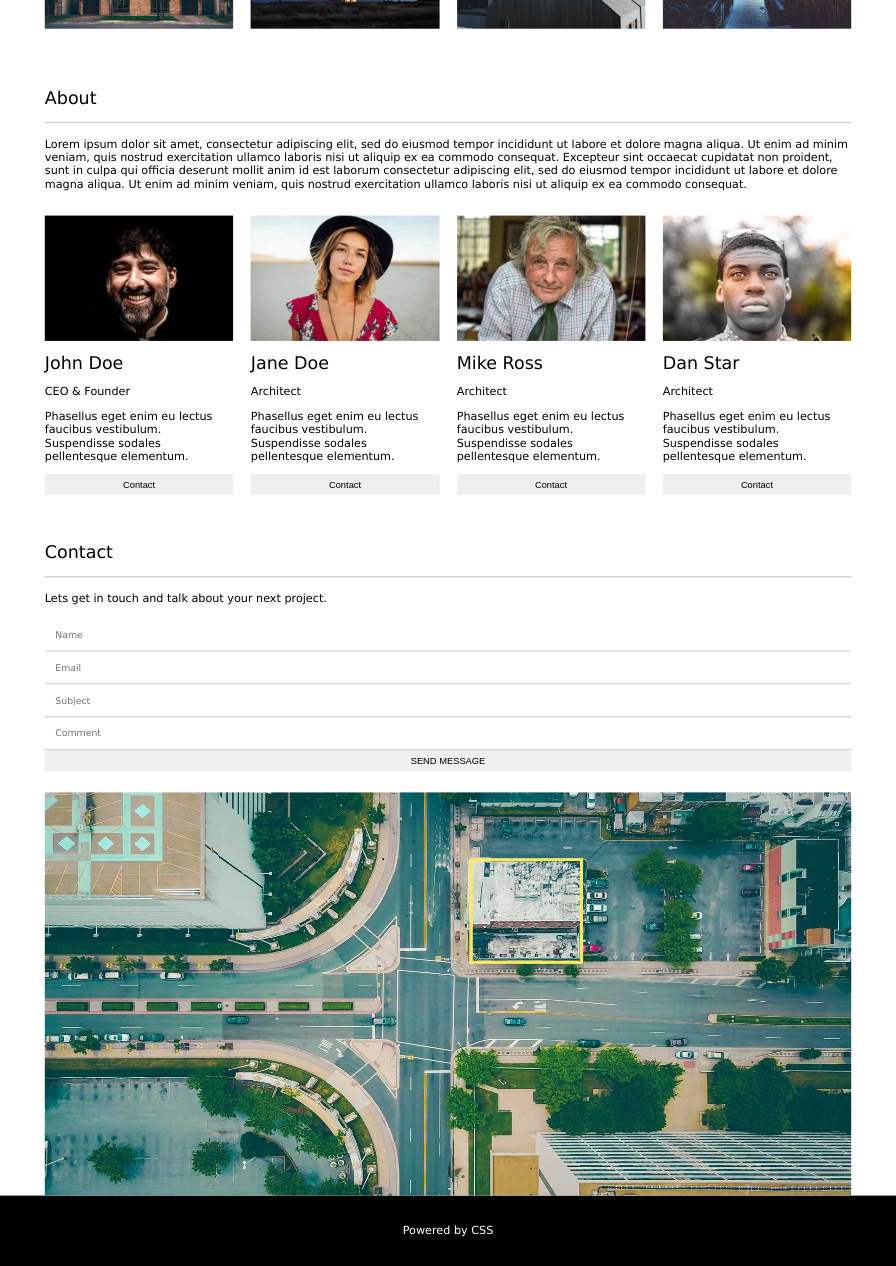
Repository: hesshess/clonecoding-assignment
Page: 2-ba-architects/template2.html
An editor plug-in stored every save of this project. The page is shown before and after the next save, followed by the edit.
The browser window is 1280 px wide. The pictures show the part of the page from y = 1130 to 3050 px (the page is 2938 px tall before and 3050 px after), at 70% of full size.

Above is the page before, as saved 2022-03-15 20:48:44.

### 2-ba-architects/template2.html
<!DOCTYPE html>
<html>
  <head>
    <title>이젠-풀스택-클론코딩2</title>
    <meta charset="UTF-8" />
    <meta name="viewport" content="width=device-width, initial-scale=1" />
    <link rel="stylesheet" href="template2.css" />
  </head>
  <body>
    <!-- Navbar (sit on top) -->
    <nav id="navbar">
      <div class="navbar__logo">
        <a href="#home" class="bar-item"><b>BR</b> Architects</a>
      </div>
      <!-- Right-sided navbar links. Hide them on small screens -->
      <div class="navbar__menu">
        <a href="#projects" class="bar-item">Projects</a>
        <a href="#about" class="bar-item">About</a>
        <a href="#contact" class="bar-item">Contact</a>
      </div>
    </nav>

    <header id="home">
      <img src="./img/architect.jpg" alt="Architect" style=/>
      <h1><span class="br">BR</span><span class="arc">Architects</span></h1>
    </header>

    <content>
      <!-- About Section -->
      <section id="projects">
        <div class="title-box">
          <h3>Projects</h3>
        </div>
        <div class="list-box">
          <div class="houses">
            <img src="./img/house2.jpg" alt="house" />
            <div class="house__name">Spring</div>
          </div>
          <div class="houses">
            <img src="./img/house3.jpg" alt="house" />
            <div class="house__name">Summer</div>
          </div>
          <div class="houses">
            <img src="./img/house4.jpg" alt="house" />
            <div class="house__name">Autumn</div>
          </div>
          <div class="houses">
            <img src="./img/house5.jpg" alt="house" />
            <div class="house__name">Winter</div>
          </div>
          <div class="houses">
            <img src="./img/house2.jpg" alt="house" />
            <div class="house__name">Spring</div>
          </div>
          <div class="houses">
            <img src="./img/house3.jpg" alt="house" />
            <div class="house__name">Summer</div>
          </div>
          <div class="houses">
            <img src="./img/house4.jpg" alt="house" />
            <div class="house__name">Autumn</div>
          </div>
          <div class="houses">
            <img src="./img/house5.jpg" alt="house" />
            <div class="house__name">Winter</div>
          </div>
        </div>
      </section>

      <!-- Menu Section -->
      <section id="about">
        <div class="title-box">
          <h3>About</h3>

          <p>
            Lorem ipsum dolor sit amet, consectetur adipiscing elit, sed do
            eiusmod tempor incididunt ut labore et dolore magna aliqua. Ut enim
            ad minim veniam, quis nostrud exercitation ullamco laboris nisi ut
            aliquip ex ea commodo consequat. Excepteur sint occaecat cupidatat
            non proident, sunt in culpa qui officia deserunt mollit anim id est
            laborum consectetur adipiscing elit, sed do eiusmod tempor
            incididunt ut labore et dolore magna aliqua. Ut enim ad minim
            veniam, quis nostrud exercitation ullamco laboris nisi ut aliquip ex
            ea commodo consequat.
          </p>
        </div>
        <div class="team-box">
          <div class="team-mem">
            <img src="./img/team2.jpg" alt="John" />
            <h3>John Doe</h3>
            <p>CEO & Founder</p>
            <p>
              Phasellus eget enim eu lectus faucibus vestibulum. Suspendisse
              sodales pellentesque elementum.
            </p>
            <p><button>Contact</button></p>
          </div>
          <div class="team-mem">
            <img src="./img/team1.jpg" alt="Jane" />
            <h3>Jane Doe</h3>
            <p>Architect</p>
            <p>
              Phasellus eget enim eu lectus faucibus vestibulum. Suspendisse
              sodales pellentesque elementum.
            </p>
            <p><button>Contact</button></p>
          </div>
          <div class="team-mem">
            <img src="./img/team3.jpg" alt="Mike" />
            <h3>Mike Ross</h3>
            <p>Architect</p>
            <p>
              Phasellus eget enim eu lectus faucibus vestibulum. Suspendisse
              sodales pellentesque elementum.
            </p>
            <p><button>Contact</button></p>
          </div>
          <div class="team-mem">
            <img src="./img/team4.jpg" alt="Dan" />
            <h3>Dan Star</h3>
            <p>Architect</p>
            <p>
              Phasellus eget enim eu lectus faucibus vestibulum. Suspendisse
              sodales pellentesque elementum.
            </p>
            <p><button>Contact</button></p>
          </div>
        </div>
      </section>

      <!-- Contact Section -->
      <section id="contact">
        <div class="title-box">
          <h3>Contact</h3>
          <p>Lets get in touch and talk about your next project.</p>
        </div>
        <form>
          <input type="text" placeholder="Name" required name="Name" />
          <input type="text" placeholder="Email" required name="Email" />
          <input type="text" placeholder="Subject" required name="Subject" />
          <input type="text" placeholder="Comment" required name="Comment" />
          <button type="submit"><i></i> SEND MESSAGE</button>
        </form>
      </section>
      <section id="map">
        <img src="./img/map.jpg" />
      </section>

      <!-- End page content -->
    </content>
    <!-- Footer -->
    <footer>
      <p>Powered by CSS</p>
    </footer>
  </body>
</html>

### 2-ba-architects/template2.css
* {
  margin: 0;
  box-sizing: border-box;
}

body {
  width: 100%;
  height: 100%;
  font-family: Verdana, sans-serif;
}

h1 {
  font-size: 40px;
}
h2 {
  font-size: 30px;
}
h3 {
  font-size: 25px;
  font-weight: 100;
}
h4 {
  font-size: 20px;
}
h5 {
  font-size: 15px;
}
h6 {
  font-size: 10px;
}
img {
  max-width: 100%;
}

#navbar {
  width: 100%;
  height: 3%;
  background-color: white;
  display: flex;
  justify-content: space-between;
  align-items: center;
  position: fixed;
  letter-spacing: 5px;
  box-shadow: 0px 2px 6px grey;
  z-index: 3;
  padding: 30px;
}
.navbar__logo {
  padding: 0;
}
.navbar__menu {
  width: 26%;
  display: flex;
  justify-content: space-around;
  padding-right: 20px;
}
a {
  padding: 10px;
  text-decoration: none;
  color: black;
}
a:hover {
  background-color: lightgray;
  border-radius: 1px;
}

header {
  position: relative;
  display: block;
}
header > img {
  width: 100%;
  height: 90vh;
}
header span {
  padding: 10px 20px;
}
header span.br {
  padding: 10px 20px;
  background: black;
}

header h1 {
  position: absolute;
  top: 50%;
  left: 50%;
  transform: translate(-50%, -50%);
  color: white;
  opacity: 0.8;
}

input {
  border: none;
  width: 100%;
  padding: 15px;
  font-family: inherit;
  border-bottom: 2px solid lightgray;
}
button {
  border: none;
  width: 100%;
  height: 30px;
}
button:hover {
  background-color: gray;
}

footer {
  display: flex;
  width: 100%;
  height: 100px;
  justify-content: center;
  align-items: center;
  background: black;
  color: white;
}
section {
  height: fit-content;
  display: flex;
  flex-direction: column;
  justify-content: center;
  margin-top: 30px;
}
div.title-box {
  display: flex;
  align-items: center;
  width: 100vw;
  height: fit-content;
}
div.title-box h3 {
  margin: auto;
  width: 90%;
  padding: 20px 0;
  border-bottom: 2px solid lightgray;
}
div.list-box {
  margin: 30px auto;
  width: 90%;
  display: grid;
  gap: 25px;
  height: 50vh;
  grid-template:
    'box box box box' 1fr
    'box box box box' 1fr / 1fr 1fr 1fr 1fr;
  height: fit-content;
}

div.houses {
  position: relative;
}
div.house__name {
  position: absolute;
  top: 0;
  bottom: 0;
  padding: 15px;
  color: white;
  background-color: black;
  height: fit-content;
}

div.team-box {
  margin: auto;
  width: 90%;
  display: grid;
  gap: 25px;
  grid-template: 'box box box box' 1fr / 1fr 1fr 1fr 1fr;
}

.team-mem {
  display: flex;
  height: 60vh;
  flex-direction: column;
  justify-content: space-evenly;
}
#about > .title-box {
  display: block;
  margin: auto;
}
#about > .title-box > p {
  margin: auto;
  padding: 20px 0;
  width: 90%;
}

#contact > .title-box {
  display: block;
  margin: auto;
}
#contact > .title-box > p {
  margin: auto;
  padding: 20px 0;
  width: 90%;
}
form {
  margin: auto;
  width: 90%;
}
#map > img {
  margin: auto;
  width: 90%;
  height: 80vh;
}

After the next save:
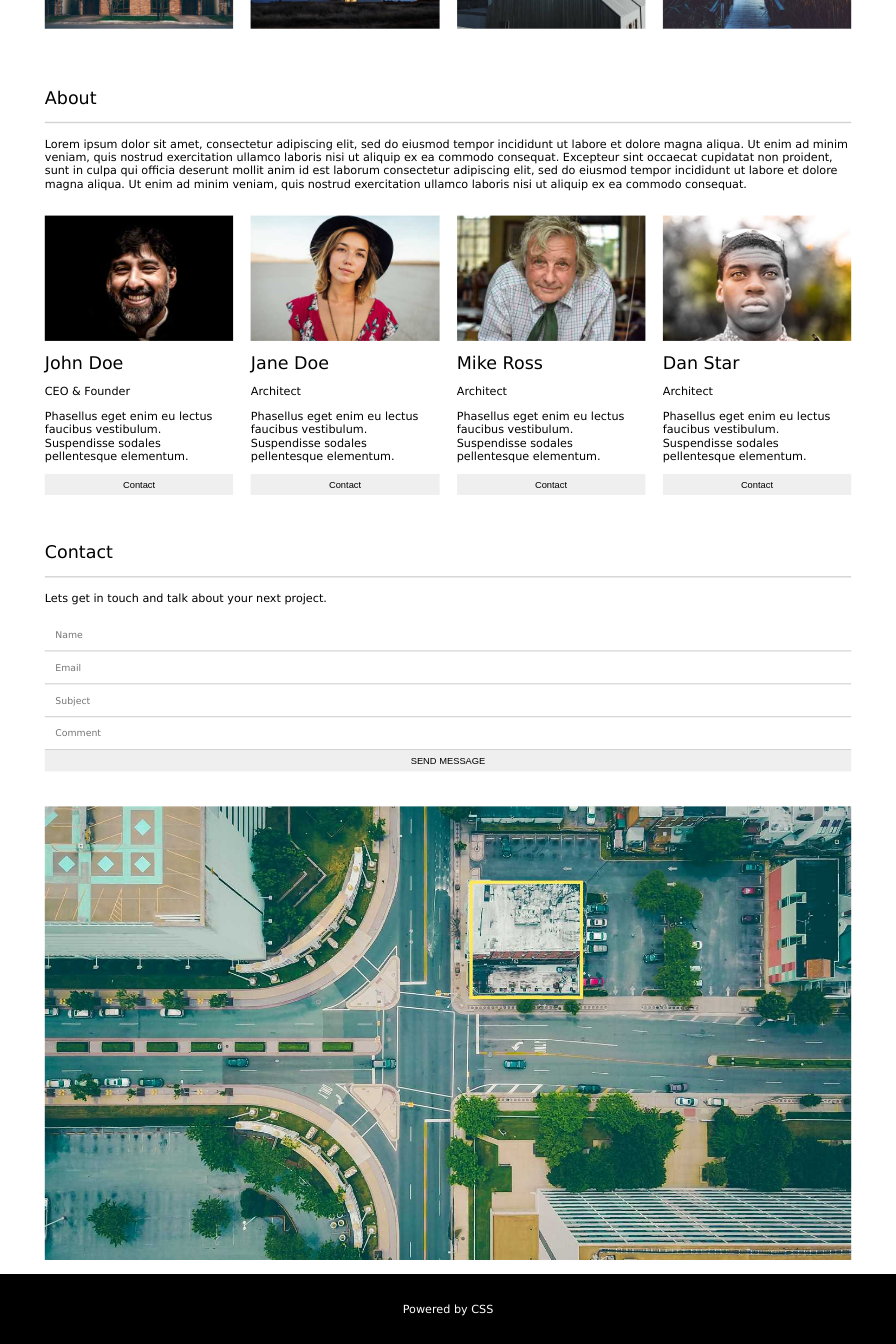
Saved 42 s later.
--- a/2-ba-architects/template2.css
+++ b/2-ba-architects/template2.css
@@ -198,5 +198,5 @@ form {
 #map > img {
   margin: auto;
   width: 90%;
-  height: 80vh;
-}
+  padding: 20px 0;
+}
